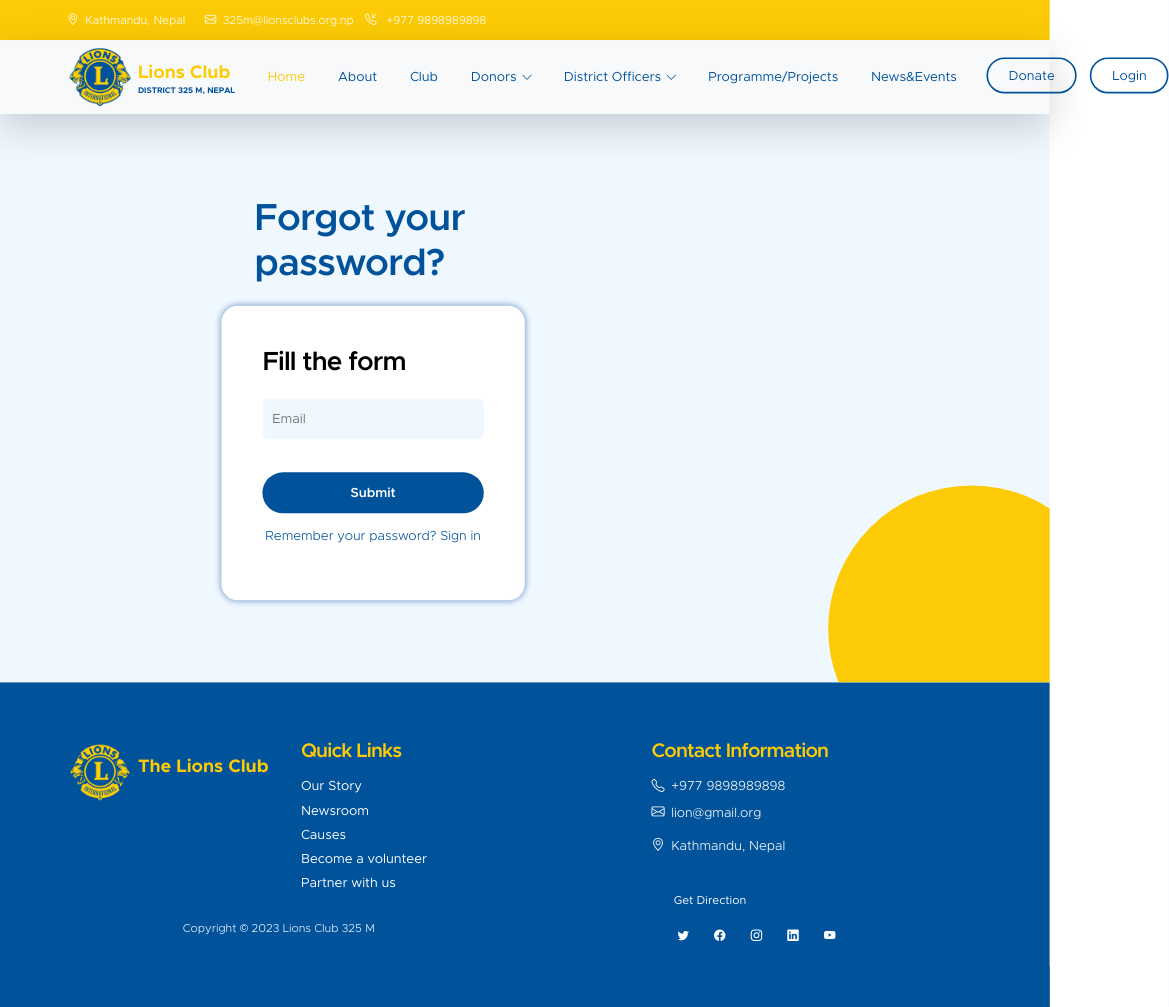
Repository: sandhya8109/Lions
Page: http://localhost/forget.php
An editor plug-in stored every save of this project. The page is shown before and after the next save, followed by the edit.
The browser window is 1280 px wide. The page is 1425 px wide, so the pictures cover 1425 px, including what lies to the right of the window. The pictures show the whole page, at 82% of full size.
The page is run by PHP 8.4 with error messages shown; the project is at /var/www/html/.

Above is the page before, as saved 2023-06-18 14:04:30.
Console error: TypeError: Cannot read properties of undefined (reading 'top')

After the next save:
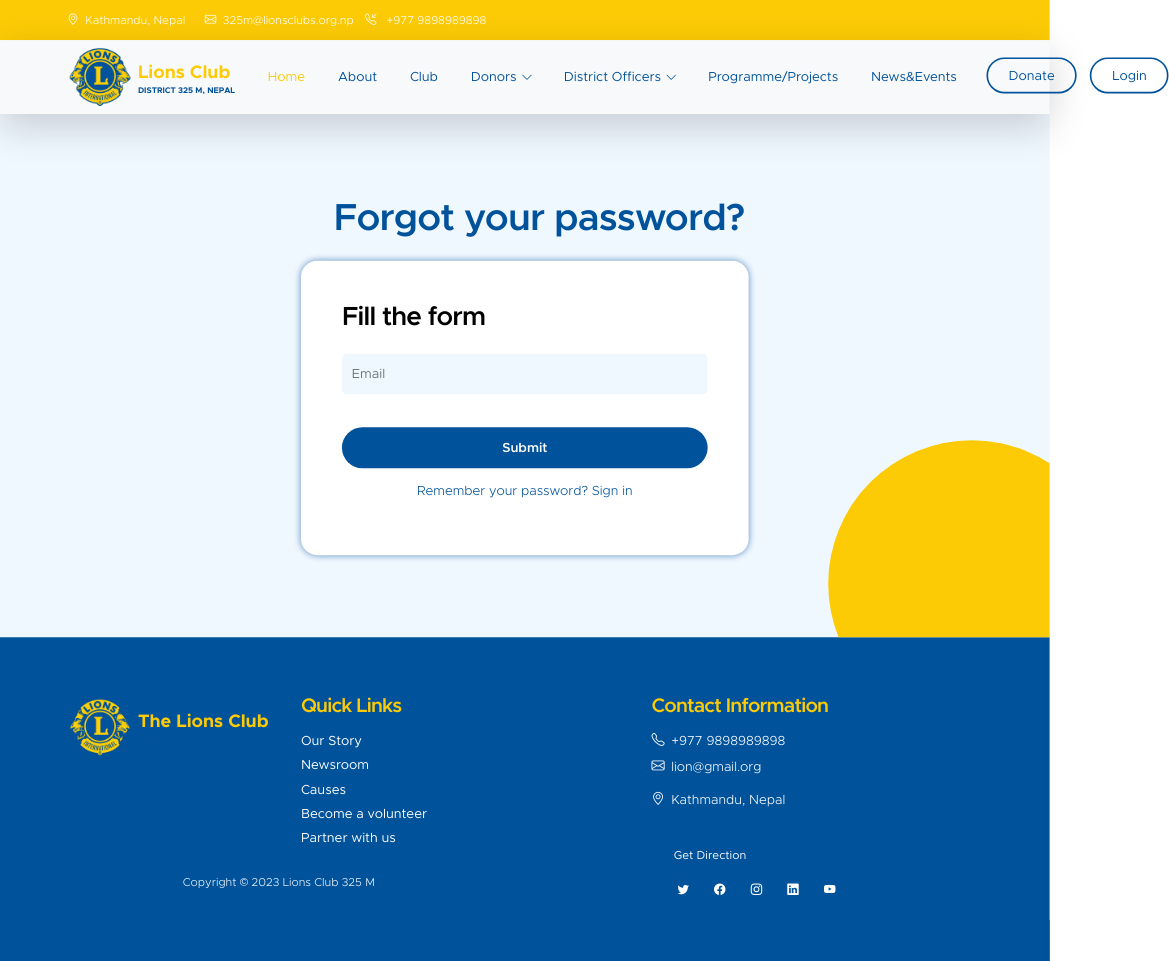
Saved 51 s later.
--- a/forget.php
+++ b/forget.php
@@ -1,12 +1,10 @@
 <?php include('nav.php')
     ?>
-<!--Volunteer start-->
-<section class="volunteer-section section-padding" id="section_4" style="background-color:var(--section-bg-color);">
+<section class="volunteer-section section-padding" id="section_4" style="background-color: var(--section-bg-color);">
     <div class="container">
-        <div class="row">
-
-            <div class="col-lg-6 col-12" style=" padding-left:200px; padding-right:0px;">
-                <h2 class="mb-4" style="color:#00529b; padding-left:40px; ">Forgot your password?</h2>
+        <div class="row justify-content-center align-items-center">
+            <div class="col-lg-6 col-12">
+                <h2 class="mb-4" style="color: #00529b; padding-left: 40px;">Forgot your password?</h2>
                 <form class="custom-form volunteer-form mb-5 mb-lg-0" action="#" method="post" role="form"
                     style="box-shadow: 0 0 9px rgb(91, 139, 190);">
                     <h3 class="mb-4">Fill the form</h3>
@@ -30,16 +28,11 @@
                         </div>
                     </div>
                 </form>
-
-
-
             </div>
-
-
-
         </div>
     </div>
 </section>
+
 <!--Login form -->
 <?php include('footer.php')
     ?>
